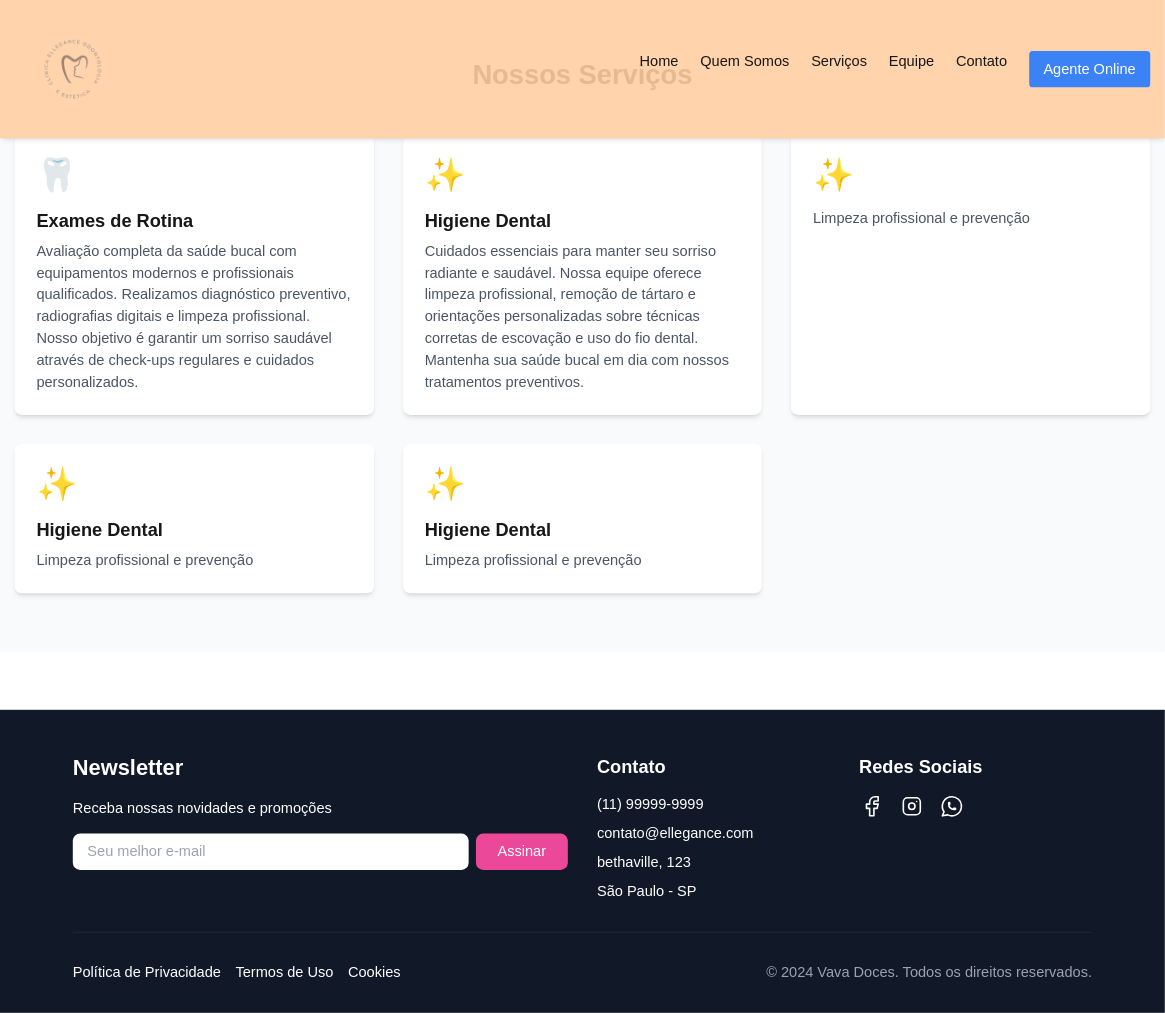
Repository: francisguitt/ellegance_odontologia
Page: /services_
The author's editor kept a copy of each file at every save. The page is drawn from the files as they stood at one save, then again after the next save.
The browser window is 1280 px wide. The pictures show the whole page, at 91% of full size.
The project was rebuilt for these pictures with package versions that can differ from the ones it lists, and the page was loaded fresh each time. The framework's server and built-in components were replaced by stand-ins that run in the browser. Also part of the build but not shown: next.config.mjs.

Above is the page before, as saved 2025-02-22 12:43:02.

### src/app/layout.tsx
import type { Metadata } from "next";
import localFont from "next/font/local";
import "./globals.css";
import Header from "@/app/components/header";
import Footer from "@/app/components/footer";

const geistSans = localFont({
  src: "./fonts/GeistVF.woff",
  variable: "--font-geist-sans",
  weight: "100 900",
});
const geistMono = localFont({
  src: "./fonts/GeistMonoVF.woff",
  variable: "--font-geist-mono",
  weight: "100 900",
});

export const metadata: Metadata = {
  title: "Create Next App",
  description: "Generated by create next app",
};

export default function RootLayout({
  children,
}: Readonly<{
  children: React.ReactNode;
}>) {
  return (
    <html lang="en">
      <body
        className={`${geistSans.variable} ${geistMono.variable} antialiased`}
      >
      <Header/>
        {children}
        <Footer/>
      </body>
    </html>
  );
}

### src/app/services_/page.tsx
const Services = () => {
    const services = [
      {
        title: 'Exames de Rotina',
        description: 'Avaliação completa da saúde bucal com equipamentos modernos e profissionais qualificados. Realizamos diagnóstico preventivo, radiografias digitais e limpeza profissional. Nosso objetivo é garantir um sorriso saudável através de check-ups regulares e cuidados personalizados.',
        icon: '🦷'
      },
      {
        title: 'Higiene Dental',
        description: 'Cuidados essenciais para manter seu sorriso radiante e saudável. Nossa equipe oferece limpeza profissional, remoção de tártaro e orientações personalizadas sobre técnicas corretas de escovação e uso do fio dental. Mantenha sua saúde bucal em dia com nossos tratamentos preventivos.',
        icon: '✨'
      },
      {
        title: '',
        description: 'Limpeza profissional e prevenção',
        icon: '✨'
      },
      {
        title: 'Higiene Dental',
        description: 'Limpeza profissional e prevenção',
        icon: '✨'
      },
      {
        title: 'Higiene Dental',
        description: 'Limpeza profissional e prevenção',
        icon: '✨'
      },
    ];

    return (
      <section id="services" className="py-16 bg-gray-50">
        <div className="container mx-auto px-4">
          <h2 className="text-3xl font-bold text-center mb-12">Nossos Serviços</h2>
          <div className="grid grid-cols-1 md:grid-cols-3 gap-8">
            {services.map((service, index) => (
              <div key={index} className="bg-white p-6 rounded-lg shadow-md">
                <div className="text-4xl mb-4">{service.icon}</div>
                <h3 className="text-xl font-semibold mb-2">{service.title}</h3>
                <p className="text-gray-600">{service.description}</p>
              </div>
            ))}
          </div>
        </div>
      </section>
    );
  };

  export default Services;

### src/app/globals.css
@tailwind base;
@tailwind components;
@tailwind utilities;

:root {
  --primary-color:#ffcfa3e3;
  --secundary-color: #ffd079;
  --foreground: #171717;
}

@media (prefers-color-scheme: dark) {
  :root {

  }

  }


body {
  color: var(--foreground);
  background: var(--background);
  font-family: Arial, Helvetica, sans-serif;
}

@layer utilities {
  .text-balance {
    text-wrap: balance;
  }
}

### src/app/components/header.tsx


"use client";
import { useState } from 'react';
import { Link } from 'react-scroll';
import Image from 'next/image';
import logo from "@/images/logo_odonto.png";
import { IconMenu2, IconX } from '@tabler/icons-react';

const Header = () => {
  const [isMenuOpen, setIsMenuOpen] = useState(false);

  const toggleMenu = () => {
    setIsMenuOpen(!isMenuOpen);
  };

  const menuItems = [
    { to: "home", label: "Home" },
    { to: "about", label: "Quem Somos" },
    { to: "services", label: "Serviços" },
    { to: "team", label: "Equipe" },
    { to: "contact", label: "Contato" },
  ];

  return (
    <header className="fixed w-full  shadow-md z-50 bg-[var(--primary-color)]">
      <div className="container mx-auto px-4 py-3 flex justify-between items-center text-center">
        <div className="logo">
          <Image
            src={logo}
            alt="Ellegance Dental"
            className="w-32 h-32 text-color-white"
          />
        </div>

        {/* Desktop Navigation */}
        <nav className="hidden md:flex space-x-6">
          {menuItems.map((item) => (
            <Link
              key={item.to}
              to={item.to}
              smooth={true}
              className="cursor-pointer hover:text-blue-500 transition-colors"
            >
              {item.label}
            </Link>
          ))}
          <button className="bg-blue-500 text-white px-4 py-2 rounded hover:bg-blue-600 transition-colors">
            Agente Online
          </button>
        </nav>

        {/* Mobile Menu Button */}
        <button
          onClick={toggleMenu}
          className="md:hidden text-gray-600 hover:text-blue-500 transition-colors"
        >
          {isMenuOpen ? <IconX size={24} /> : <IconMenu2 size={24} />}
        </button>
      </div>

      {/* Mobile Navigation */}
      <nav className={`
        md:hidden bg-white
        transition-all duration-300 ease-in-out
        ${isMenuOpen ? 'max-h-96 opacity-100' : 'max-h-0 opacity-0'}
        overflow-hidden
      `}>
        <div className="container mx-auto px-4 py-2 flex flex-col space-y-4">
          {menuItems.map((item) => (
            <Link
              key={item.to}
              to={item.to}
              smooth={true}
              className="cursor-pointer hover:text-blue-500 transition-colors py-2"
              onClick={() => setIsMenuOpen(false)}
            >
              {item.label}
            </Link>
          ))}
          <button className="bg-blue-500 text-white px-4 py-2 rounded hover:bg-blue-600 transition-colors w-full">
            Agente Online
          </button>
        </div>
      </nav>
    </header>
  );
};

export default Header;

### src/app/components/footer.tsx
'use client'
import { useState } from 'react'
import {
  IconBrandFacebook,
  IconBrandInstagram,
  IconBrandWhatsapp,
  IconMail
} from '@tabler/icons-react'

function Footer() {
  const [email, setEmail] = useState('')

  const handleSubmit = (e: React.FormEvent) => {
    e.preventDefault()
    setEmail('')
  }

  return (
    <footer className="bg-gray-900 text-white pt-12 mt-16">
      <div className="max-w-6xl mx-auto px-4">
        <div className="grid grid-cols-1 md:grid-cols-4 gap-8 pb-8">
          <div className="col-span-1 md:col-span-2">
            <h3 className="text-2xl font-bold mb-4">Newsletter</h3>
            <p className="mb-4">Receba nossas novidades e promoções</p>
            <form onSubmit={handleSubmit} className="flex gap-2">
              <input
                type="email"
                value={email}
                onChange={(e) => setEmail(e.target.value)}
                placeholder="Seu melhor e-mail"
                className="flex-1 px-4 py-2 rounded-lg text-gray-900"
                required
              />
              <button
                type="submit"
                className="bg-pink-500 px-6 py-2 rounded-lg hover:bg-pink-600 transition"
              >
                Assinar
              </button>
            </form>
          </div>

          <div>
            <h3 className="text-xl font-bold mb-4">Contato</h3>
            <ul className="space-y-2">
              <li>
                <a href="tel:+5511999999999" className="hover:text-pink-400">
                  (11) 99999-9999
                </a>
              </li>
              <li>
                <a href="mailto:contato@elleganceodontologia.com" className="hover:text-pink-400">
                  contato@ellegance.com
                </a>
              </li>
              <li>bethaville, 123</li>
              <li>São Paulo - SP</li>
            </ul>
          </div>

          <div>
            <h3 className="text-xl font-bold mb-4">Redes Sociais</h3>
            <div className="flex gap-4">
              <a href="https://facebook.com" target="_blank" rel="noopener noreferrer"
                className="hover:text-pink-400 transition">
                <IconBrandFacebook size={28} stroke={1.5} />
              </a>
              <a href="https://instagram.com" target="_blank" rel="noopener noreferrer"
                className="hover:text-pink-400 transition">
                <IconBrandInstagram size={28} stroke={1.5} />
              </a>
              <a href="https://wa.me/5511999999999" target="_blank" rel="noopener noreferrer"
                className="hover:text-pink-400 transition">
                <IconBrandWhatsapp size={28} stroke={1.5} />
              </a>
            </div>
          </div>
        </div>

        <div className="border-t border-gray-800 py-8">
          <div className="flex flex-col md:flex-row justify-between items-center">
            <div className="flex gap-4 mb-4 md:mb-0">
              <a href="/politica-privacidade" className="hover:text-pink-400 transition">
                Política de Privacidade
              </a>
              <a href="/termos-uso" className="hover:text-pink-400 transition">
                Termos de Uso
              </a>
              <a href="/cookies" className="hover:text-pink-400 transition">
                Cookies
              </a>
            </div>
            <p className="text-gray-400">
              © {new Date().getFullYear()} Vava Doces. Todos os direitos reservados.
            </p>
          </div>
        </div>
      </div>
    </footer>
  )
}
export default Footer;

Loaded but not shown: tailwind.config.ts (common file)

After the next save:
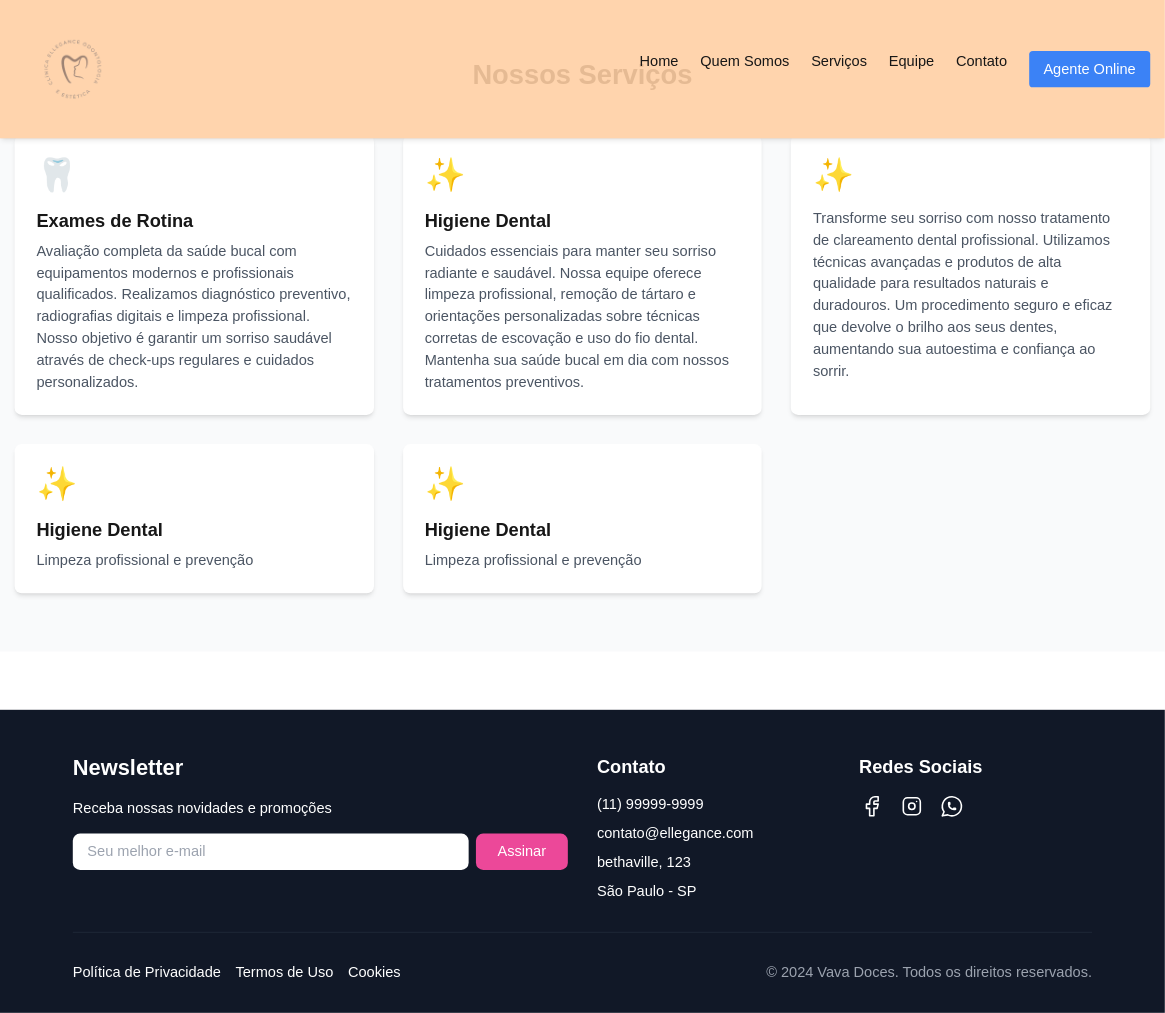
Saved 5 s later.
--- a/src/app/services_/page.tsx
+++ b/src/app/services_/page.tsx
@@ -12,7 +12,7 @@ const Services = () => {
       },
       {
         title: '',
-        description: 'Limpeza profissional e prevenção',
+        description: 'Transforme seu sorriso com nosso tratamento de clareamento dental profissional. Utilizamos técnicas avançadas e produtos de alta qualidade para resultados naturais e duradouros. Um procedimento seguro e eficaz que devolve o brilho aos seus dentes, aumentando sua autoestima e confiança ao sorrir.',
         icon: '✨'
       },
       {
